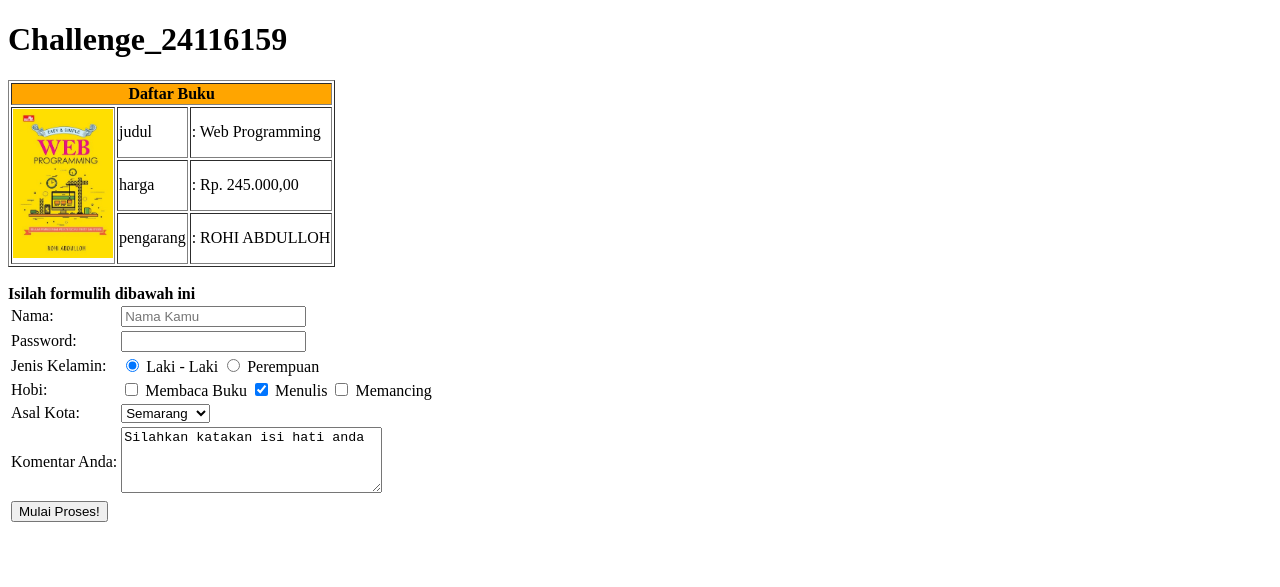
Repository: Nabils27/challenge-html
Page: Challenge_24.11.6159.html
The author's editor kept a copy of each file at every save. The page is drawn from the files as they stood at one save, then again after the next save.
The browser window is 1280 px wide. The pictures show the whole page.

Above is the page before, as saved 2026-04-20 11:10:21.

After the next save:
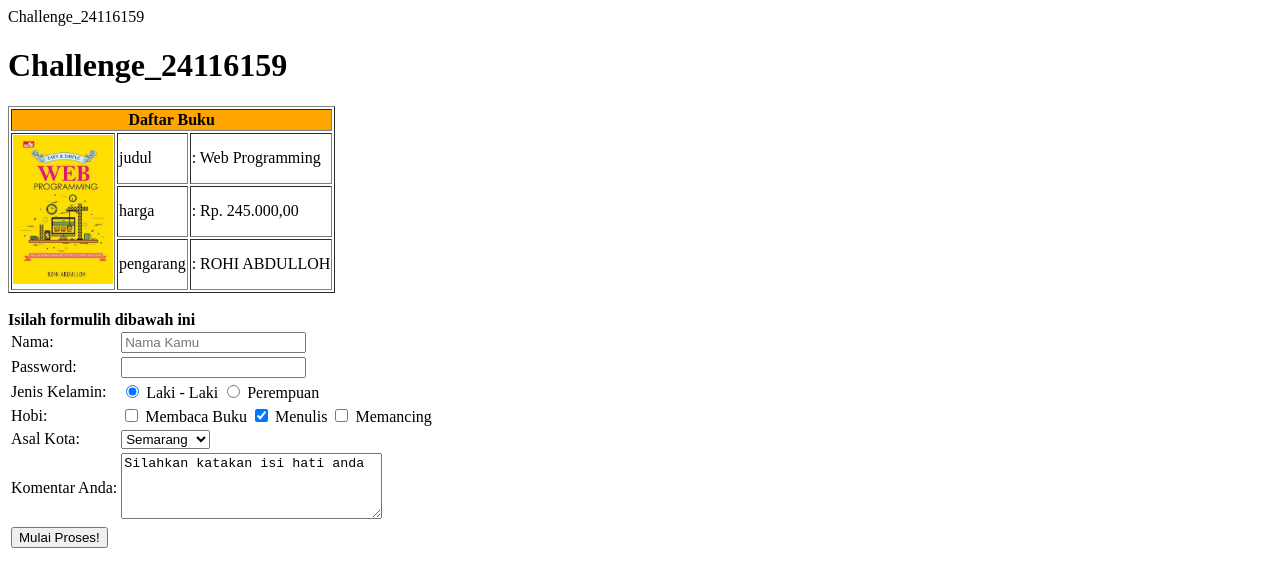
Saved 7 s later.
--- a/Challenge_24.11.6159.html
+++ b/Challenge_24.11.6159.html
@@ -1,6 +1,5 @@
 <!DOCTYPE html>
 <html lang="en"></html
-<head>
     <title>Challenge_24116159</title>
 </head>
 <body>

After the 2 saves that followed:
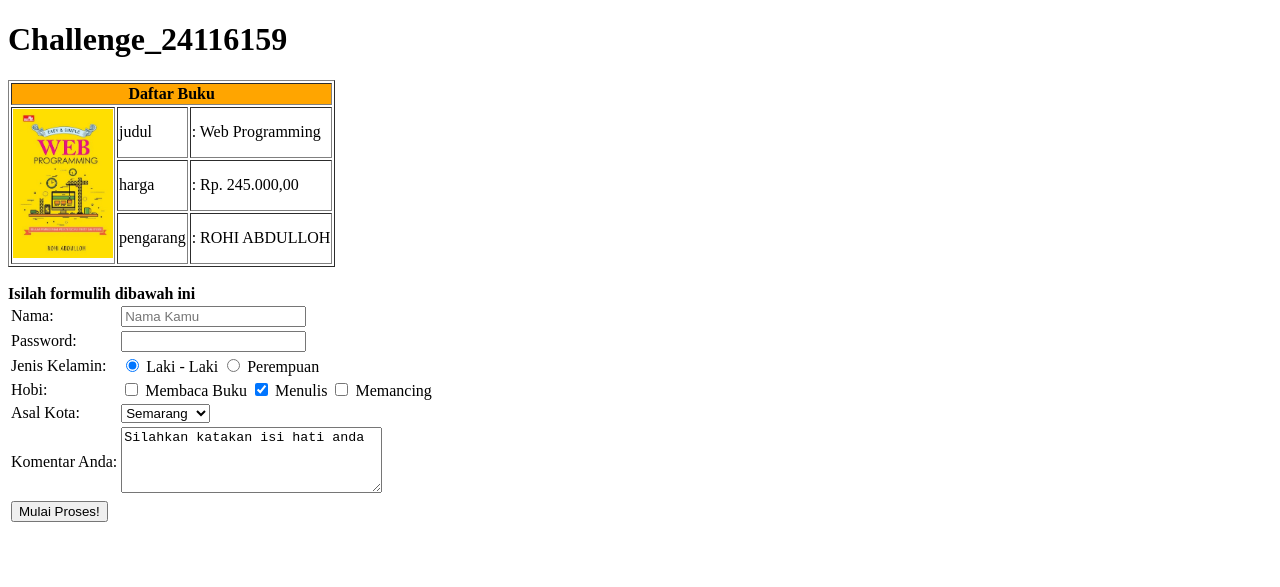
The 2 saves are shown as one change because they came seconds apart.
The last was saved 6 s later.
--- a/Challenge_24.11.6159.html
+++ b/Challenge_24.11.6159.html
@@ -1,5 +1,6 @@
 <!DOCTYPE html>
 <html lang="en"></html
+<head>
     <title>Challenge_24116159</title>
 </head>
 <body>
